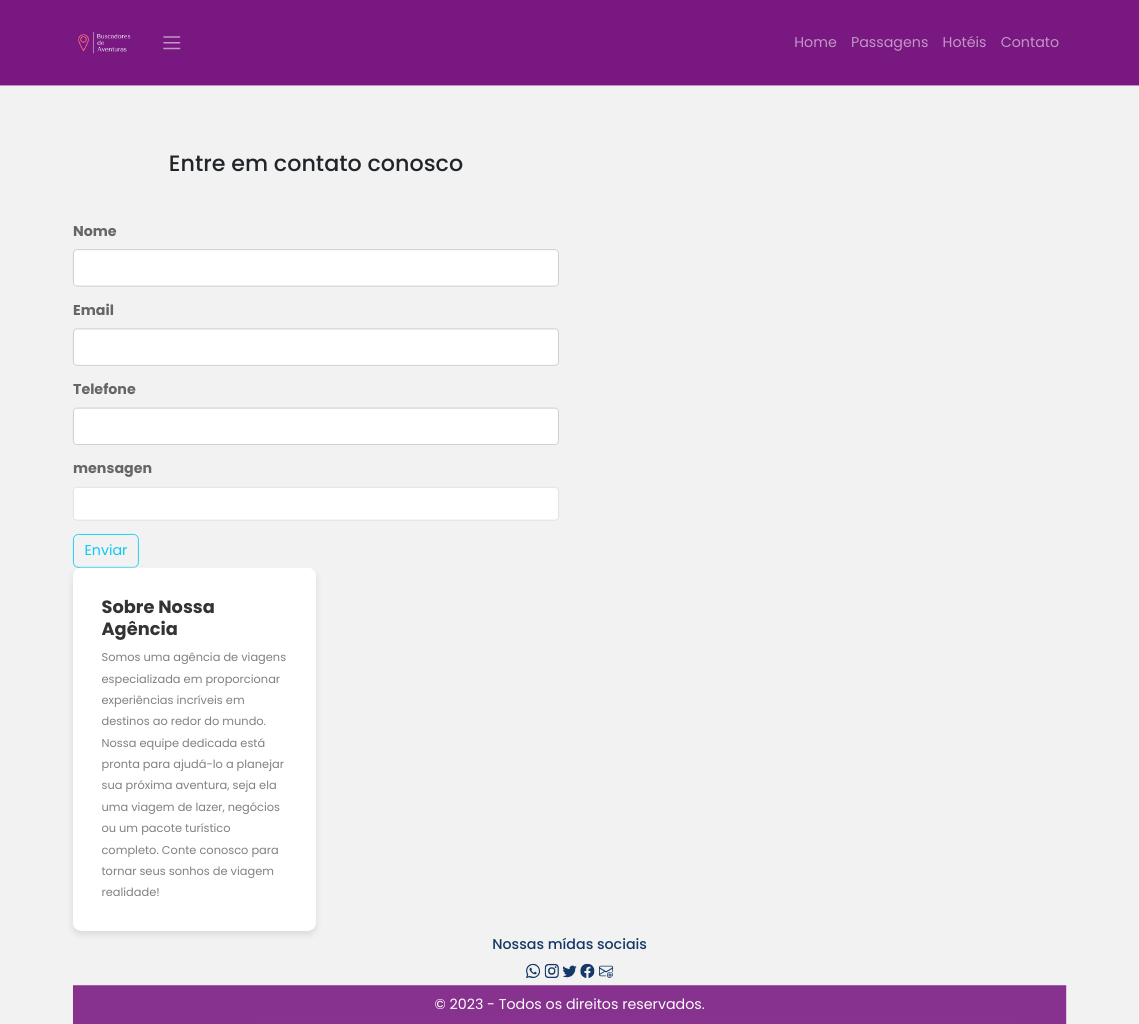
Repository: gabilorpi/AgenciaSpringMVC
Page: http://localhost/views/contato/index
These files come from the project's save history. The page is drawn as it stood at one moment and after the next save; the edit follows.
The browser window is 1280 px wide. The pictures show the whole page, at 89% of full size.
The page is this project's Thymeleaf template; nobody is signed in. The template is opened directly, without the code that normally fills it, so the values that code supplies are empty.

Above is the page before, as saved 2023-12-10 18:55:18.

After the next save:
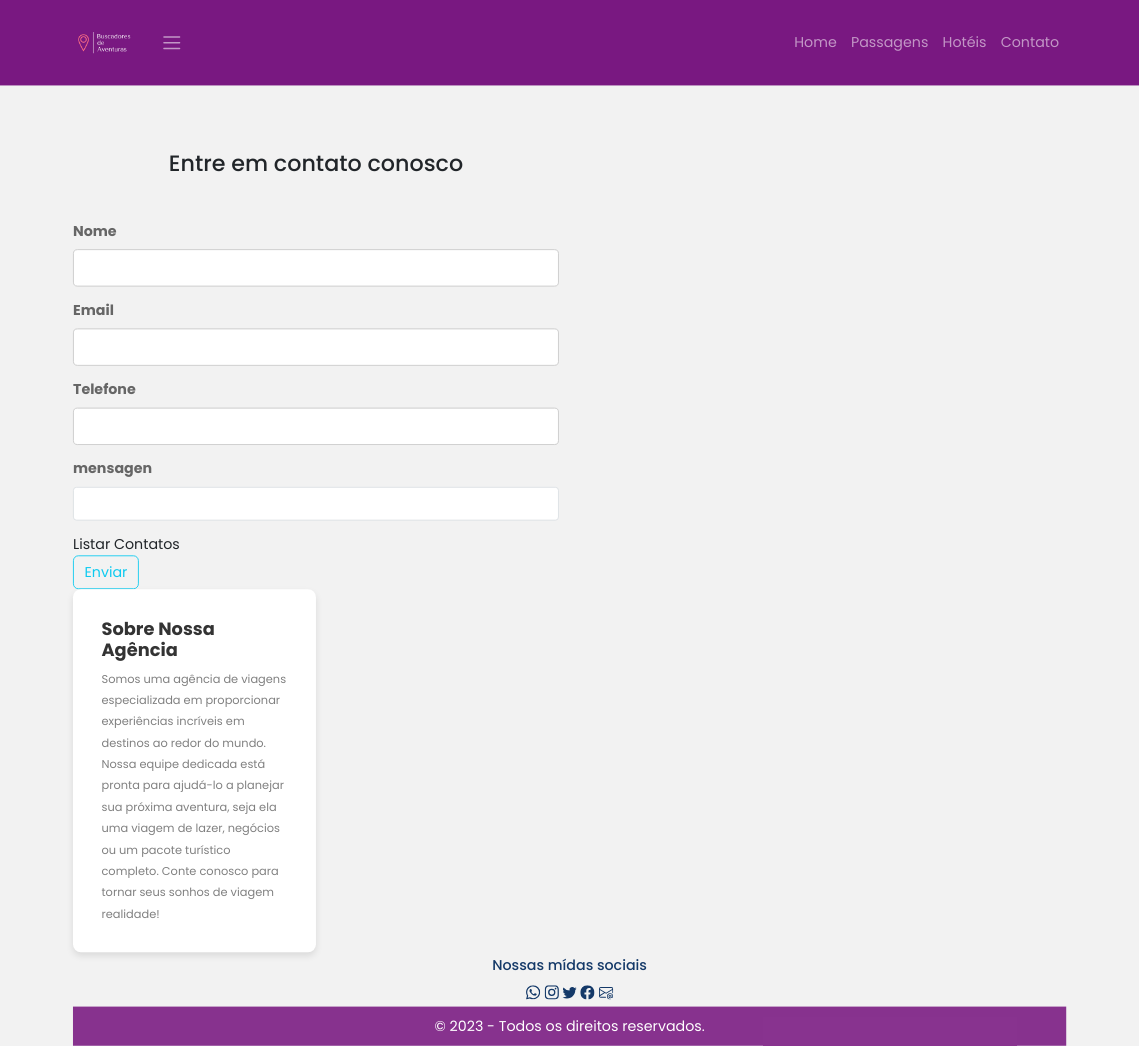
Saved 10 min 52 s later.
--- a/AgenciaSpringMVC/src/main/resources/templates/views/contato/index.html
+++ b/AgenciaSpringMVC/src/main/resources/templates/views/contato/index.html
@@ -100,6 +100,8 @@
 								<input type="" th:id="mensagen" th:name="mensagen" class="form-control"
 									th:field="*{mensagen}" />
 							</div>
+							<a th:href="@{'/contato/atualizar'}" class="nav-link" href="">Listar Contatos</a>
+
 <button type="submit" class="btn btn-outline-info ml-2">Enviar</button>
 
 

After the save that followed:
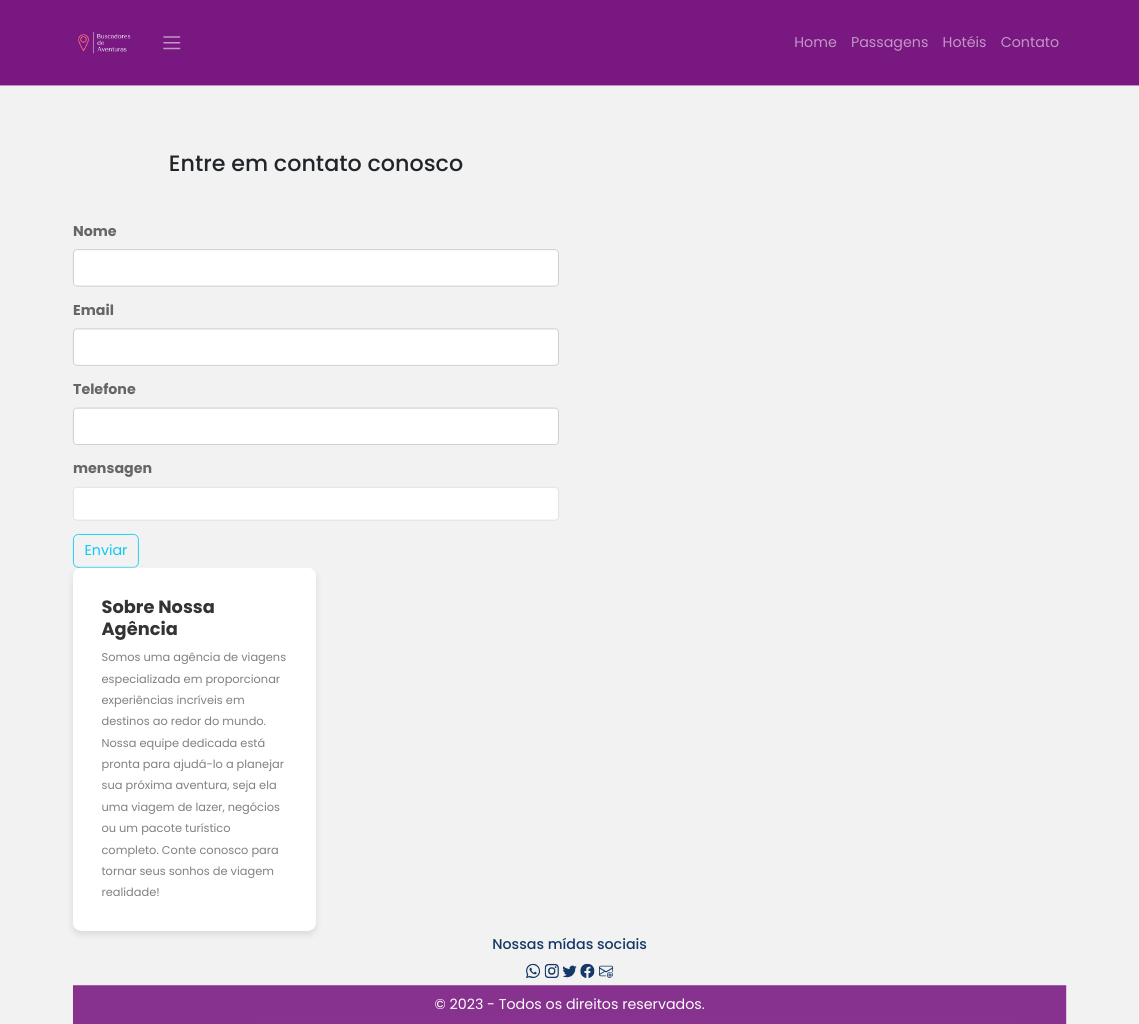
Saved 63 s later.
--- a/AgenciaSpringMVC/src/main/resources/templates/views/contato/index.html
+++ b/AgenciaSpringMVC/src/main/resources/templates/views/contato/index.html
@@ -100,7 +100,6 @@
 								<input type="" th:id="mensagen" th:name="mensagen" class="form-control"
 									th:field="*{mensagen}" />
 							</div>
-							<a th:href="@{'/contato/atualizar'}" class="nav-link" href="">Listar Contatos</a>
 
 <button type="submit" class="btn btn-outline-info ml-2">Enviar</button>
 
